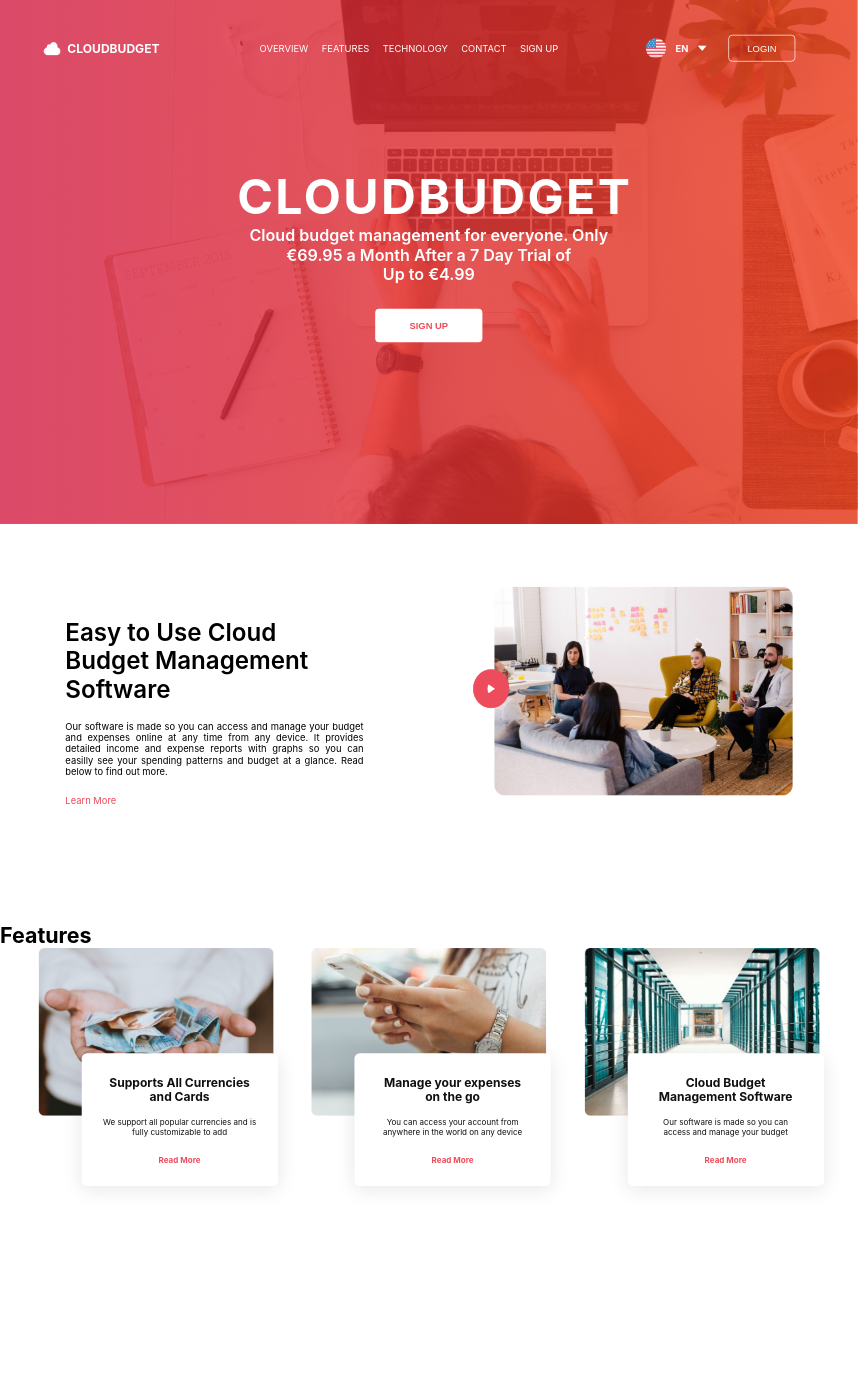
Repository: Ola-22/cloudBudget
Page: /
The author's editor kept a copy of each file at every save. The page is drawn from the files as they stood at one save, then again after the next save.
The browser window is 1280 px wide. The pictures show the whole page, at 67% of full size.
The project was rebuilt for these pictures with package versions that can differ from the ones it lists, and the page was loaded fresh each time.

Above is the page before, as saved 2021-09-13 13:37:21.

### src/App.js
import "./App.css";
import {
  Navbar,
  MainContent,
  VideoSection,
  Features,
} from "./components/component-path";

function App() {
  return (
    <div className="App">
      <div
        className="app-main"
        style={{
          backgroundImage:
            "linear-gradient(90deg, rgba(213, 32, 71, 0.8) 0%, rgba(238, 61, 27, 0.8) 100%),url(/images/bg.png)",
          height: "782px",
        }}
      >
        <Navbar />
        <MainContent />
      </div>
      <VideoSection />
      <Features />
    </div>
  );
}

export default App;

### src/App.css
*{
  margin: 0;
  padding: 0;
  box-sizing: border-box;
}

.app-main{
  /* height: 782px; */
  background-position: center;
  background-repeat: no-repeat;
  background-size: cover;
  position: relative;
}

### src/Components/component-path.js
export { default as Navbar } from "./Navbar";
export { default as MainContent } from "./MainContent";
export { default as VideoSection } from "./VideoSection";
export { default as Features } from "./Features";

### src/Components/Navbar/index.jsx
import "./style.scss";
import { Link, BrowserRouter as Router } from "react-router-dom";

function Navbar() {
  return (
    <div className="nav-main">
      <div className="nav-box">
        <img src="/images/Vector.png" alt="" />
        <h3>CLOUDBUDGET</h3>
      </div>
      <Router>
        <nav>
          <Link to="/">overview</Link>
          <Link to="/">features</Link>
          <Link to="/">technology</Link>
          <Link to="/">contact</Link>
          <Link to="/">sign up</Link>
        </nav>
      </Router>
      <div style={{ display: "flex", cursor: "pointer" }}>
        <div className="flag-box">
          <img src="/images/flag.png" alt="" />
          <h4>EN</h4>
          <img src="/images/vector2.png" alt="" />
        </div>
        <button>Login</button>
      </div>
    </div>
  );
}

export default Navbar;

### src/Components/MainContent/index.jsx
import "./style.css";

export default function MainContent() {
  return (
    <div className="main-content">
      <h1>CloudBudget</h1>
      <p>
        Cloud budget management for everyone. Only €69.95 a Month After a 7 Day
        Trial of
        <br /> Up to €4.99
      </p>
      <button>sign up</button>
    </div>
  );
}

### src/Components/VideoSection/index.jsx
import "./style.scss";

export default function VideoSection() {
  return (
    <div className="videoMain">
      <div className="video-content">
        <h2>Easy to Use Cloud Budget Management Software</h2>
        <p>
          Our software is made so you can access and manage your budget and
          expenses online at any time from any device. It provides detailed
          income and expense reports with graphs so you can easilly see your
          spending patterns and budget at a glance. Read below to find out more.
        </p>
        <a href="#">Learn More</a>
      </div>
      <div>
        <img src="/images/play.png" alt="" />
        <img src="/images/Video_bg.png" alt="" />
      </div>
    </div>
  );
}

### src/Components/Features/index.jsx
import FeaturesCard from "./FeaturesCard";

export default function Features() {
  return (
    <>
      <h1>Features</h1>
      <div
        style={{
          display: "flex",
          justifyContent: "space-evenly",
          height: "660px",
        }}
      >
        <FeaturesCard
          src="/images/features1.png"
          title="Supports All Currencies and Cards"
          paragraph="We support all popular currencies and is fully customizable to add"
          readmore="Read More"
        />
        <FeaturesCard
          src="/images/features2.png"
          title="Manage your expenses on the go"
          paragraph="You can access your account from anywhere in the world on any device"
          readmore="Read More"
        />
        <FeaturesCard
          src="/images/features3.png"
          title="Cloud Budget Management Software"
          paragraph="Our software is made so you can access and manage your budget"
          readmore="Read More"
        />
      </div>
    </>
  );
}

### src/Components/Navbar/style.scss
@import "../../styles/variables.scss";

.nav-main{
  display: flex;
  align-items: center;
  justify-content: space-around;
  padding-top: 52px;
  & >nav{
    display: flex;
    & >a {
      margin-left: 20px;
      text-transform: uppercase;
      color: $whiteColor;
      font-size: 14px;
      text-decoration: none;
    }
  }

  & button{
    width: 100px;
    height: 40px;
    background-color: transparent;
    border-radius: 6px;
    border: 1px solid $whiteColor;
    font-size: 14px;
    text-transform: uppercase;
    color: $whiteColor;
    margin-inline-start: 28.81px;
    margin-inline-end: 28px;
  }
}

.nav-box{
  display: flex;
  // margin-left: 5%;
  & > h3{
    font-size: 18px;
    margin-left: 9.9px;
    color: white;
  }
}

.flag-box{
  display: flex;
  align-items: center;
  width: 96px;
  & > h4{
    font-size: 14px;
    color: $whiteColor;
    margin-inline-start: 13.81px;
    margin-inline-end: 13.81px;
  }
}

### src/Components/MainContent/style.css
.main-content {
  display: -webkit-box;
  display: -ms-flexbox;
  display: flex;
  -webkit-box-align: center;
      -ms-flex-align: center;
          align-items: center;
  -webkit-box-orient: vertical;
  -webkit-box-direction: normal;
      -ms-flex-direction: column;
          flex-direction: column;
  color: #ffffff;
  margin-top: 158px;
}

.main-content > h1 {
  font-size: 72px;
  text-transform: uppercase;
  margin-left: 18px;
  letter-spacing: 0.05em;
}

.main-content > p {
  font-size: 24px;
  width: 540px;
  height: 124px;
  font-weight: 600;
  overflow-wrap: break-word;
  text-align: center;
  margin: 0;
}

.main-content > button {
  background-color: #ffffff;
  border-radius: 6px;
  width: 160px;
  height: 50px;
  font-size: 14px;
  text-transform: uppercase;
  color: #ED4C5C;
  border: none;
  font-weight: 600;
  cursor: pointer;
}
/*# sourceMappingURL=style.css.map */

### src/Components/VideoSection/style.scss
@import "../../styles/variables.scss";

.videoMain{
  display: flex;
  justify-content: space-around;
  margin-top: 94px;
  height: 500px;

  & > div:last-of-type{
    position: relative;
    & img:first-of-type{
      border: 1px solid $btnColor;
      background-color: $btnColor;
      border-radius: 50%;
      padding: 20px;
      // width: 18px;
      position: absolute;
      margin-top: 123px;
      left: -32px;
    }
  }
}

.video-content{
  width: 445px;
  & > h2{
    font-size: 36px;
    line-height: 43px;
    margin-top: 46px;
    font-weight: 600;
  }
  & > p{
    font-size: 14px;
    text-align: justify;
    margin: 24px 0;
  }
  & > a{
    color: $btnColor;
    font-size: 14px;
    text-decoration: none;
  }
}

### src/Components/Features/FeaturesCard/index.js
import "./style.scss";

export default function FeaturesCard({ src, title, paragraph, readmore }) {
  return (
    <div className="features-card">
      <img src={src} alt="" />
      <div>
        <h3>{title}</h3>
        <p>{paragraph}</p>
        <a href="#">{readmore}</a>
      </div>
    </div>
  );
}

### src/styles/variables.scss
$whiteColor: #ffffff;
$blackColor: #000000;
$orangeColor: #EE3D1B;
$pinkColor: #D52047;
$btnColor: #ED4C5C;

### src/Components/Features/FeaturesCard/style.scss
@import "../../../styles/variables.scss";


.features-card{
  position: relative;
  text-align: center;
  &:first-of-type{
    // margin-left: 5px;
  }
  & > div{
    margin-left: 35px;
    background-color: $whiteColor;
    position: absolute;
    top: 157px;
    width: 293px;
    height: 198px;
    left: 29px;
    box-shadow: 0px 5px 30px rgba(0, 0, 0, 0.1);
    display: flex;
    flex-direction: column;
    align-items: center;
    color: #101010;
    border-radius: 8px;
    & > h3{
      margin-top: 33px;
      margin-bottom: 20px;
      font-size: 18px;
      width: 229px;
    }
    & > p{
      font-size: 12px;
      width: 229px;
      height: 57px;
    }
    & > a{
      color: $btnColor;
      font-size: 12px;
      font-weight: bold;
      text-decoration: none;
    }
  }
}

Loaded but not shown: public/index.html (common file); src/index.js (common file); src/index.css (common file); src/reportWebVitals.js (common file)

After the next save:
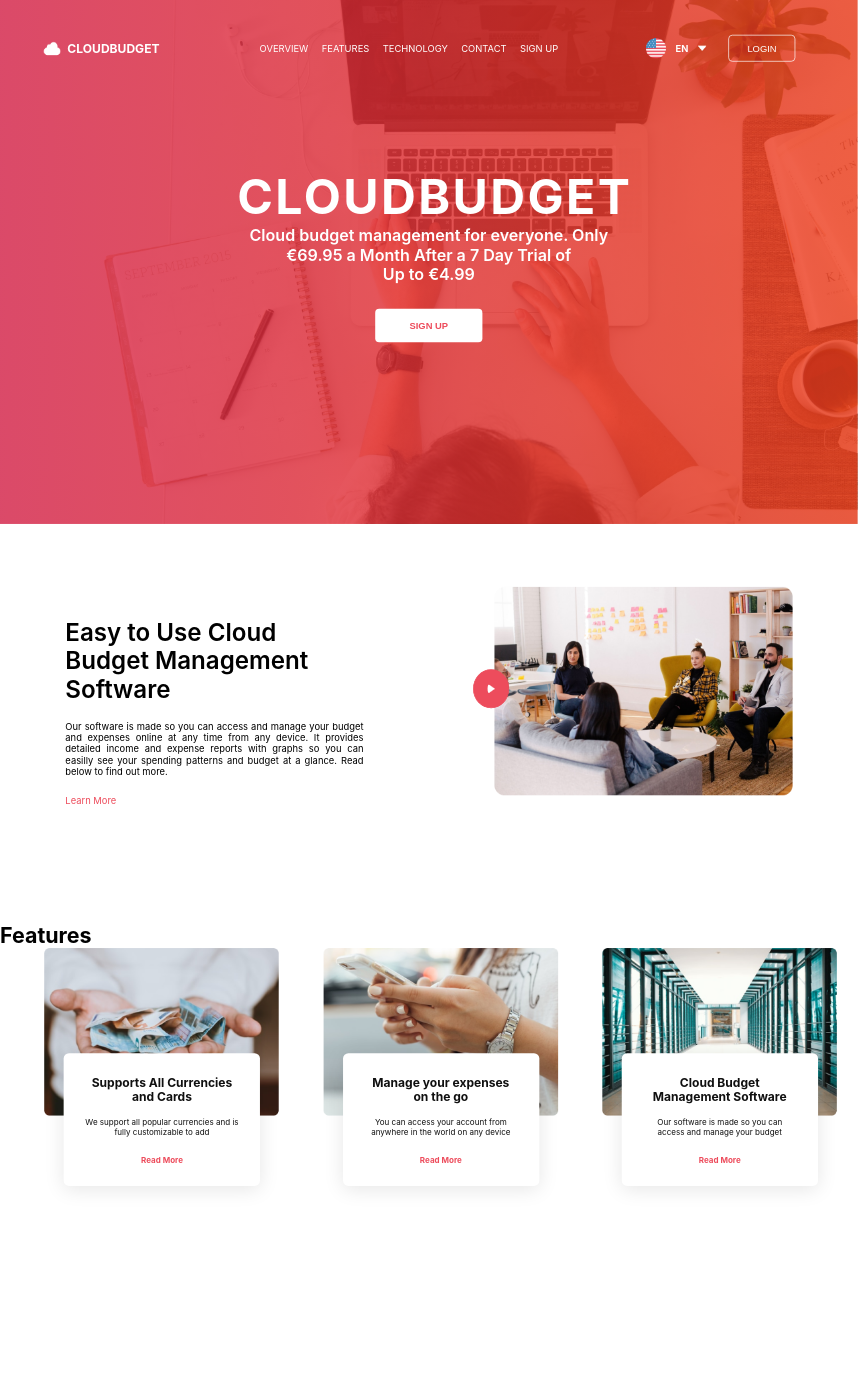
Saved 12 s later.
--- a/src/Components/Features/FeaturesCard/style.scss
+++ b/src/Components/Features/FeaturesCard/style.scss
@@ -4,11 +4,12 @@
 .features-card{
   position: relative;
   text-align: center;
+  margin-left: 35px;
   &:first-of-type{
     // margin-left: 5px;
   }
   & > div{
-    margin-left: 35px;
+
     background-color: $whiteColor;
     position: absolute;
     top: 157px;
